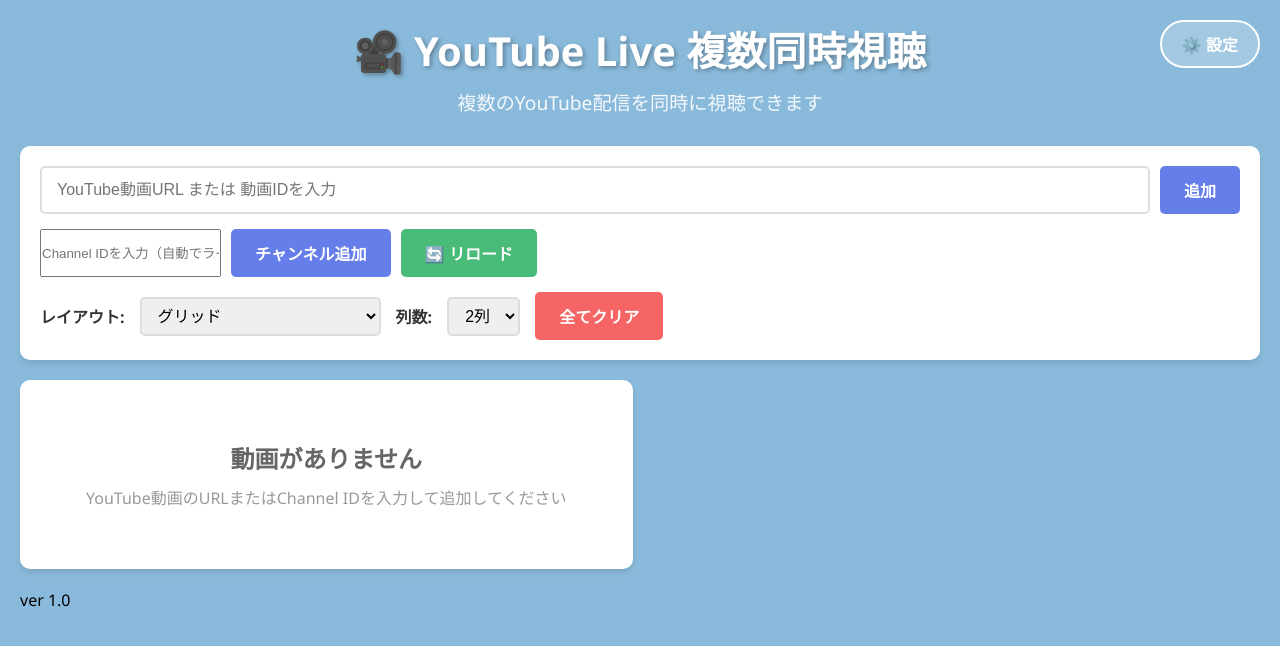
Repository: ChihaluCoding/YouTube_Live
Page: index.html
An editor plug-in stored every save of this project. The page is shown before and after the next save, followed by the edit.
The browser window is 1280 px wide. The pictures show the whole page.

Above is the page before, as saved 2025-10-10 11:16:14.

### index.html
<!DOCTYPE html>
<html lang="ja">
<head>
    <meta charset="UTF-8">
    <meta name="viewport" content="width=device-width, initial-scale=1.0">
    <title>YouTube Live 複数同時視聴</title>
    <link rel="stylesheet" href="styles.css">
</head>
<body>
    <div class="container">
        <header>
            <h1>🎥 YouTube Live 複数同時視聴</h1>
            <p>複数のYouTube配信を同時に視聴できます</p>
            <button onclick="openSettings()" class="btn-settings">⚙️ 設定</button>
        </header>

        <div class="controls">
            <div class="input-group">
                <input type="text" id="videoInput" placeholder="YouTube動画URL または 動画IDを入力">
                <button onclick="addVideo()" class="btn-primary">追加</button>
            </div>

            <div class="input-group">
                <input type="text" id="channelInput" placeholder="Channel IDを入力（自動でライブを検出）">
                <button onclick="addChannel()" class="btn-primary">チャンネル追加</button>
                <button onclick="location.reload()" class="btn-secondary" title="ページをリロードして配信を最新の状態にします">🔄 リロード</button>
            </div>

            <div class="layout-controls">
                <label>レイアウト:</label>
                <select id="layoutSelect" title="レイアウト選択" onchange="changeLayout()">
                    <option value="grid">グリッド</option>
                    <option value="vertical">縦並び</option>
                    <option value="horizontal">横並び</option>
                    <option value="pip">ピクチャーインピクチャー</option>
                </select>

                <label>列数:</label>
                <select id="columnsSelect" title="列数を選択" onchange="updateGridColumns()">
                    <option value="1">1列</option>
                    <option value="2" selected>2列</option>
                    <option value="3">3列</option>
                    <option value="4">4列</option>
                </select>

                <button onclick="clearAll()" class="btn-danger">全てクリア</button>
            </div>
        </div>

        <div id="videoContainer" class="video-container grid"></div>
    </div>

    <!-- 設定モーダル -->
    <div id="settingsModal" class="modal">
        <div class="modal-content">
            <div class="modal-header">
                <h2>⚙️ 設定</h2>
                <button class="modal-close" onclick="closeSettings()">×</button>
            </div>
            <div class="modal-body">
                <div class="setting-section">
                    <h3>YouTube Data API</h3>
                    <div class="setting-item">
                        <label for="settingsApiKey">APIキー</label>
                        <input type="text" id="settingsApiKey" placeholder="YouTube Data API キーを入力">
                        <small>Channel ID機能を使用するには<a href="https://console.cloud.google.com/" target="_blank" rel="noopener">Google Cloud Console</a>でAPIキーを取得してください</small>
                    </div>
                </div>

                <div class="setting-section">
                    <h3>自動更新</h3>
                    <div class="setting-item">
                        <label for="updateInterval">更新間隔（分）</label>
                        <select id="updateInterval">
                            <option value="1">1分</option>
                            <option value="3">3分</option>
                            <option value="5" selected>5分</option>
                            <option value="10">10分</option>
                            <option value="15">15分</option>
                            <option value="30">30分</option>
                        </select>
                        <small>チャンネルのライブ配信状態をチェックする間隔</small>
                    </div>
                </div>

                <div class="setting-section">
                    <h3>再生設定</h3>
                    <div class="setting-item">
                        <label>
                            <input type="checkbox" id="autoplayEnabled" checked>
                            自動再生を有効にする
                        </label>
                        <small>動画追加時に自動的に再生を開始（ミュート状態）</small>
                    </div>
                    <div class="setting-item">
                        <label>
                            <input type="checkbox" id="autoMuteEnabled" checked>
                            自動ミュートを有効にする
                        </label>
                        <small>自動再生時に音声をミュート</small>
                    </div>
                </div>

                <div class="setting-section">
                    <h3>表示設定</h3>
                    <div class="setting-item">
                        <label>
                            <input type="checkbox" id="showStatusBadge" checked>
                            ライブステータスを表示
                        </label>
                        <small>配信中、予定、終了などのステータスバッジを表示</small>
                    </div>
                    <div class="setting-item">
                        <label>
                            <input type="checkbox" id="autoRemoveEnded" checked>
                            終了した配信を自動削除
                        </label>
                        <small>更新時に終了したライブ配信を自動的に削除します</small>
                    </div>
                </div>

                <div class="setting-section">
                    <h3>📺 登録チャンネル一覧</h3>
                    <div class="channel-export-import">
                        <button onclick="exportChannels()" class="btn-secondary" title="チャンネル設定をJSONファイルでエクスポート">📥 エクスポート</button>
                        <button onclick="document.getElementById('importChannelsInput').click()" class="btn-secondary" title="チャンネル設定をJSONファイルからインポート">📤 インポート</button>
                        <input type="file" id="importChannelsInput" accept=".json" class="hidden-file-input" title="チャンネル設定ファイルを選択" onchange="importChannels(event)">
                    </div>
                    <div id="channelList" class="channel-list"></div>
                </div>
            </div>
            <div class="modal-footer">
                <button onclick="saveSettings()" class="btn-primary">保存</button>
                <button onclick="closeSettings()" class="btn-secondary">キャンセル</button>
            </div>
        </div>
    </div>

    <span>ver 1.0</span>

    <script src="script.js"></script>
</body>
</html>

### styles.css
* {
    margin: 0;
    padding: 0;
    box-sizing: border-box;
}

body {
    font-family: 'Segoe UI', Tahoma, Geneva, Verdana, sans-serif;
    background-color: #8abadb;
    min-height: 100vh;
    padding: 20px;
}

.container {
    max-width: 1400px;
    margin: 0 auto;
}

header {
    text-align: center;
    color: white;
    margin-bottom: 30px;
    position: relative;
}

header h1 {
    font-size: 2.5rem;
    margin-bottom: 10px;
    text-shadow: 2px 2px 4px rgba(0,0,0,0.3);
}

header p {
    font-size: 1.2rem;
    opacity: 0.9;
}

.btn-settings {
    position: absolute;
    top: 0;
    right: 0;
    background: rgba(255, 255, 255, 0.2);
    color: white;
    border: 2px solid white;
    padding: 10px 20px;
    border-radius: 25px;
    font-size: 1rem;
    cursor: pointer;
    transition: all 0.3s;
    font-weight: 600;
}

.btn-settings:hover {
    background: white;
    color: #667eea;
    transform: scale(1.05);
}

.controls {
    background: white;
    padding: 20px;
    border-radius: 10px;
    box-shadow: 0 4px 6px rgba(0,0,0,0.1);
    margin-bottom: 20px;
}

.api-key-section {
    display: flex;
    gap: 10px;
    margin-bottom: 15px;
    align-items: center;
    padding-bottom: 15px;
    border-bottom: 2px solid #f0f0f0;
}

.api-key-section input {
    flex: 1;
    padding: 12px 15px;
    border: 2px solid #ddd;
    border-radius: 5px;
    font-size: 1rem;
    transition: border-color 0.3s;
}

.status-text {
    font-size: 0.9rem;
    font-weight: 600;
}

.status-text.success {
    color: #48bb78;
}

.status-text.error {
    color: #f56565;
}

.input-group {
    display: flex;
    gap: 10px;
    margin-bottom: 15px;
}

#videoInput {
    flex: 1;
    padding: 12px 15px;
    border: 2px solid #ddd;
    border-radius: 5px;
    font-size: 1rem;
    transition: border-color 0.3s;
}

#videoInput:focus {
    outline: none;
    border-color: #667eea;
}

button {
    padding: 12px 24px;
    border: none;
    border-radius: 5px;
    font-size: 1rem;
    cursor: pointer;
    transition: all 0.3s;
    font-weight: 600;
}

.btn-primary {
    background: #667eea;
    color: white;
}

.btn-primary:hover {
    background: #5568d3;
    transform: translateY(-2px);
    box-shadow: 0 4px 8px rgba(0,0,0,0.2);
}

.btn-secondary {
    background: #48bb78;
    color: white;
}

.btn-secondary:hover {
    background: #38a169;
    transform: translateY(-2px);
    box-shadow: 0 4px 8px rgba(0,0,0,0.2);
}

.btn-danger {
    background: #f56565;
    color: white;
}

.btn-danger:hover {
    background: #e53e3e;
    transform: translateY(-2px);
    box-shadow: 0 4px 8px rgba(0,0,0,0.2);
}

button:disabled {
    opacity: 0.6;
    cursor: not-allowed;
    transform: none !important;
}

.layout-controls {
    display: flex;
    gap: 15px;
    align-items: center;
    flex-wrap: wrap;
}

.layout-controls label {
    font-weight: 600;
    color: #333;
}

.layout-controls select {
    padding: 8px 12px;
    border: 2px solid #ddd;
    border-radius: 5px;
    font-size: 1rem;
    cursor: pointer;
    transition: border-color 0.3s;
}

.layout-controls select:focus {
    outline: none;
    border-color: #667eea;
}

.video-container {
    display: grid;
    gap: 15px;
    margin-bottom: 20px;
}

.video-container.grid {
    grid-template-columns: repeat(2, 1fr);
}

.video-container.vertical {
    grid-template-columns: 1fr;
}

.video-container.horizontal {
    grid-template-columns: repeat(auto-fit, minmax(300px, 1fr));
}

.video-container.pip {
    position: relative;
    grid-template-columns: 1fr;
}

.video-wrapper {
    position: relative;
    background: #000;
    border-radius: 10px;
    overflow: hidden;
    box-shadow: 0 4px 6px rgba(0,0,0,0.1);
    transition: transform 0.3s;
}

.video-wrapper:hover {
    transform: scale(1.02);
    box-shadow: 0 6px 12px rgba(0,0,0,0.2);
}

.video-wrapper.pip-secondary {
    position: absolute;
    bottom: 20px;
    right: 20px;
    width: 30%;
    z-index: 10;
}

.video-status {
    position: absolute;
    top: 10px;
    left: 10px;
    background: rgba(0, 0, 0, 0.7);
    color: white;
    padding: 5px 10px;
    border-radius: 5px;
    font-size: 0.85rem;
    z-index: 100;
    display: flex;
    align-items: center;
    gap: 5px;
}

.status-live {
    background: rgba(255, 0, 0, 0.8);
}

.status-upcoming {
    background: rgba(255, 165, 0, 0.8);
}

.status-ended {
    background: rgba(128, 128, 128, 0.8);
}

.status-indicator {
    width: 8px;
    height: 8px;
    border-radius: 50%;
    background: white;
    animation: pulse 2s infinite;
}

@keyframes pulse {
    0%, 100% {
        opacity: 1;
    }
    50% {
        opacity: 0.5;
    }
}

.video-aspect {
    position: relative;
    padding-bottom: 56.25%; /* 16:9 aspect ratio */
}

.video-aspect iframe,
.video-aspect > div {
    position: absolute;
    top: 0;
    left: 0;
    width: 100%;
    height: 100%;
}

.remove-btn {
    position: absolute;
    top: 10px;
    right: 10px;
    background: rgba(255, 0, 0, 0.8);
    color: white;
    border: none;
    border-radius: 50%;
    width: 30px;
    height: 30px;
    font-size: 18px;
    cursor: pointer;
    z-index: 100;
    display: flex;
    align-items: center;
    justify-content: center;
    transition: background 0.3s;
}

.remove-btn:hover {
    background: rgba(255, 0, 0, 1);
}

/* レスポンシブデザイン */
@media (max-width: 768px) {
    header h1 {
        font-size: 1.8rem;
    }

    .btn-settings {
        position: static;
        margin-top: 10px;
        width: 100%;
    }

    .input-group {
        flex-direction: column;
    }

    .layout-controls {
        flex-direction: column;
        align-items: flex-start;
    }

    .video-container.grid {
        grid-template-columns: 1fr;
    }

    .video-wrapper.pip-secondary {
        width: 40%;
    }

    .modal-content {
        width: 95%;
        max-height: 95vh;
    }

    .modal-header {
        padding: 15px 20px;
    }

    .modal-body {
        padding: 20px;
    }

    .modal-footer {
        padding: 15px 20px;
        flex-direction: column;
    }

    .modal-footer button {
        width: 100%;
    }
}

/* 空の状態 */
.empty-state {
    text-align: center;
    padding: 60px 20px;
    background: white;
    border-radius: 10px;
    box-shadow: 0 4px 6px rgba(0,0,0,0.1);
}

.empty-state h3 {
    color: #666;
    font-size: 1.5rem;
    margin-bottom: 10px;
}

.empty-state p {
    color: #999;
}

/* モーダル */
.modal {
    display: none;
    position: fixed;
    z-index: 1000;
    left: 0;
    top: 0;
    width: 100%;
    height: 100%;
    background-color: rgba(0, 0, 0, 0.5);
    animation: fadeIn 0.3s;
}

.modal.show {
    display: flex;
    align-items: center;
    justify-content: center;
}

@keyframes fadeIn {
    from {
        opacity: 0;
    }
    to {
        opacity: 1;
    }
}

.modal-content {
    background: white;
    border-radius: 15px;
    width: 90%;
    max-width: 600px;
    max-height: 90vh;
    overflow-y: auto;
    box-shadow: 0 10px 40px rgba(0, 0, 0, 0.3);
    animation: slideUp 0.3s;
}

@keyframes slideUp {
    from {
        transform: translateY(50px);
        opacity: 0;
    }
    to {
        transform: translateY(0);
        opacity: 1;
    }
}

.modal-header {
    display: flex;
    justify-content: space-between;
    align-items: center;
    padding: 20px 25px;
    border-bottom: 2px solid #f0f0f0;
}

.modal-header h2 {
    margin: 0;
    color: #333;
    font-size: 1.5rem;
}

.modal-close {
    background: none;
    border: none;
    font-size: 2rem;
    color: #999;
    cursor: pointer;
    padding: 0;
    width: 35px;
    height: 35px;
    display: flex;
    align-items: center;
    justify-content: center;
    border-radius: 50%;
    transition: all 0.3s;
}

.modal-close:hover {
    background: #f0f0f0;
    color: #333;
}

.modal-body {
    padding: 25px;
}

.modal-footer {
    padding: 20px 25px;
    border-top: 2px solid #f0f0f0;
    display: flex;
    gap: 10px;
    justify-content: flex-end;
}

.setting-section {
    margin-bottom: 30px;
}

.setting-section:last-child {
    margin-bottom: 0;
}

.setting-section h3 {
    color: #333;
    font-size: 1.2rem;
    margin-bottom: 15px;
    padding-bottom: 10px;
    border-bottom: 2px solid #f0f0f0;
}

.channel-export-import {
    display: flex;
    gap: 10px;
    margin-bottom: 15px;
}

.channel-export-import button {
    flex: 1;
}

.hidden-file-input {
    display: none;
}

.channel-list {
    display: grid;
    grid-template-columns: repeat(auto-fill, minmax(280px, 1fr));
    gap: 12px;
    max-height: 400px;
    overflow-y: auto;
    padding: 5px;
}

.channel-item {
    background: linear-gradient(135deg, #667eea 0%, #764ba2 100%);
    color: white;
    padding: 12px;
    border-radius: 8px;
    box-shadow: 0 2px 4px rgba(0,0,0,0.2);
    display: flex;
    flex-direction: column;
    gap: 6px;
    position: relative;
    transition: transform 0.2s, box-shadow 0.2s;
}

.channel-item:hover {
    transform: translateY(-2px);
    box-shadow: 0 4px 8px rgba(0,0,0,0.3);
}

.channel-name {
    font-weight: 600;
    font-size: 1rem;
    margin-bottom: 3px;
    padding-right: 30px;
}

.channel-id {
    font-size: 0.8rem;
    opacity: 0.8;
    font-family: monospace;
    word-break: break-all;
}

.channel-status {
    font-size: 0.85rem;
    padding: 4px 8px;
    background: rgba(255, 255, 255, 0.2);
    border-radius: 4px;
    display: inline-block;
    margin-top: 3px;
}

.channel-remove-btn {
    position: absolute;
    top: 8px;
    right: 8px;
    background: rgba(255, 255, 255, 0.2);
    color: white;
    border: 2px solid white;
    border-radius: 50%;
    width: 26px;
    height: 26px;
    font-size: 14px;
    cursor: pointer;
    display: flex;
    align-items: center;
    justify-content: center;
    transition: all 0.3s;
}

.channel-remove-btn:hover {
    background: rgba(255, 0, 0, 0.8);
    border-color: rgba(255, 0, 0, 0.8);
    transform: scale(1.1);
}

.setting-item {
    margin-bottom: 20px;
}

.setting-item:last-child {
    margin-bottom: 0;
}

.setting-item label {
    display: block;
    font-weight: 600;
    color: #333;
    margin-bottom: 8px;
}

.setting-item input[type="text"],
.setting-item select {
    width: 100%;
    padding: 10px 12px;
    border: 2px solid #ddd;
    border-radius: 5px;
    font-size: 1rem;
    transition: border-color 0.3s;
}

.setting-item input[type="text"]:focus,
.setting-item select:focus {
    outline: none;
    border-color: #667eea;
}

.setting-item input[type="checkbox"] {
    margin-right: 8px;
    width: 18px;
    height: 18px;
    cursor: pointer;
}

.setting-item small {
    display: block;
    color: #666;
    margin-top: 5px;
    font-size: 0.85rem;
    line-height: 1.4;
}

.setting-item small a {
    color: #667eea;
    text-decoration: none;
}

.setting-item small a:hover {
    text-decoration: underline;
}

.setting-item label:has(input[type="checkbox"]) {
    display: flex;
    align-items: center;
    cursor: pointer;
    font-weight: 500;
}

Loaded but not shown: script.js (981 lines, source omitted)

After the next save:
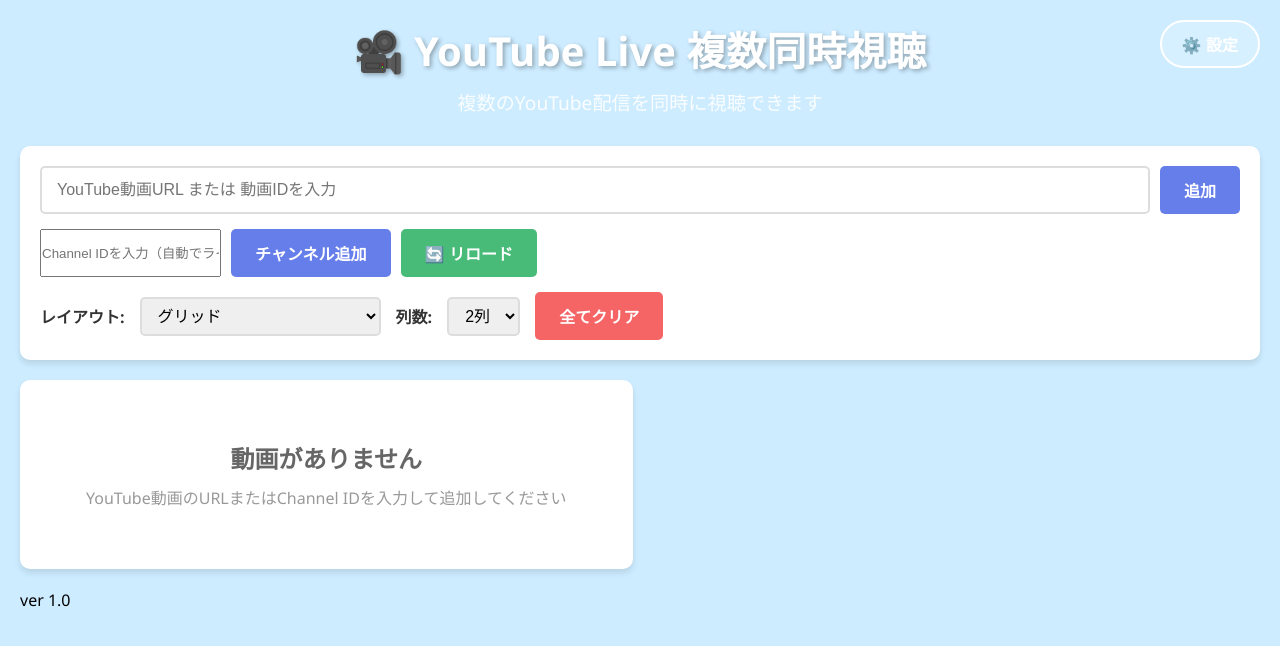
Saved 49 s later.
--- a/styles.css
+++ b/styles.css
@@ -6,7 +6,7 @@
 
 body {
     font-family: 'Segoe UI', Tahoma, Geneva, Verdana, sans-serif;
-    background-color: #8abadb;
+    background-color: #cdecff;
     min-height: 100vh;
     padding: 20px;
 }
